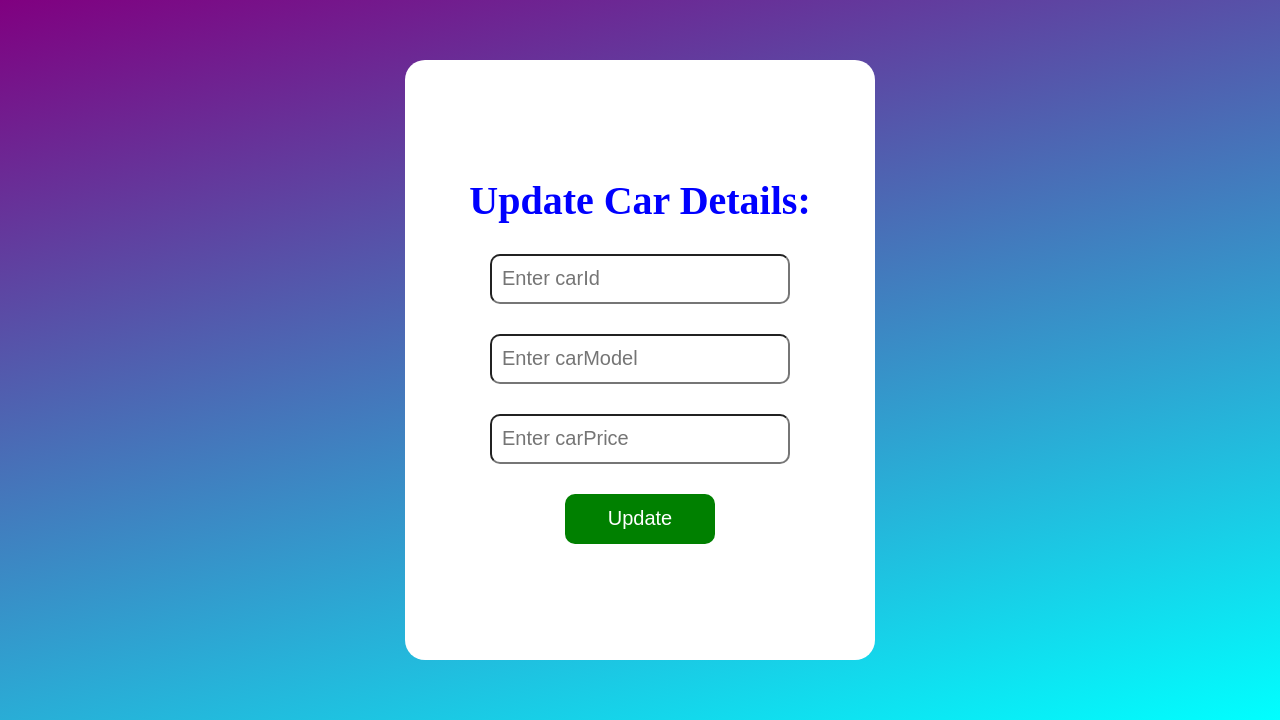
Repository: Dhirajkumar02/Advance-Java--J2EE-
Page: ServletProjecct_CarDB/src/main/webapp/UpdateCar.html
These files come from the project's save history. The page is drawn as it stood at one moment and after the next save; the edit follows.
The browser window is 1280 px wide. The pictures show the whole page.

Above is the page before, as saved 2024-11-14 19:33:54.

After the next save:
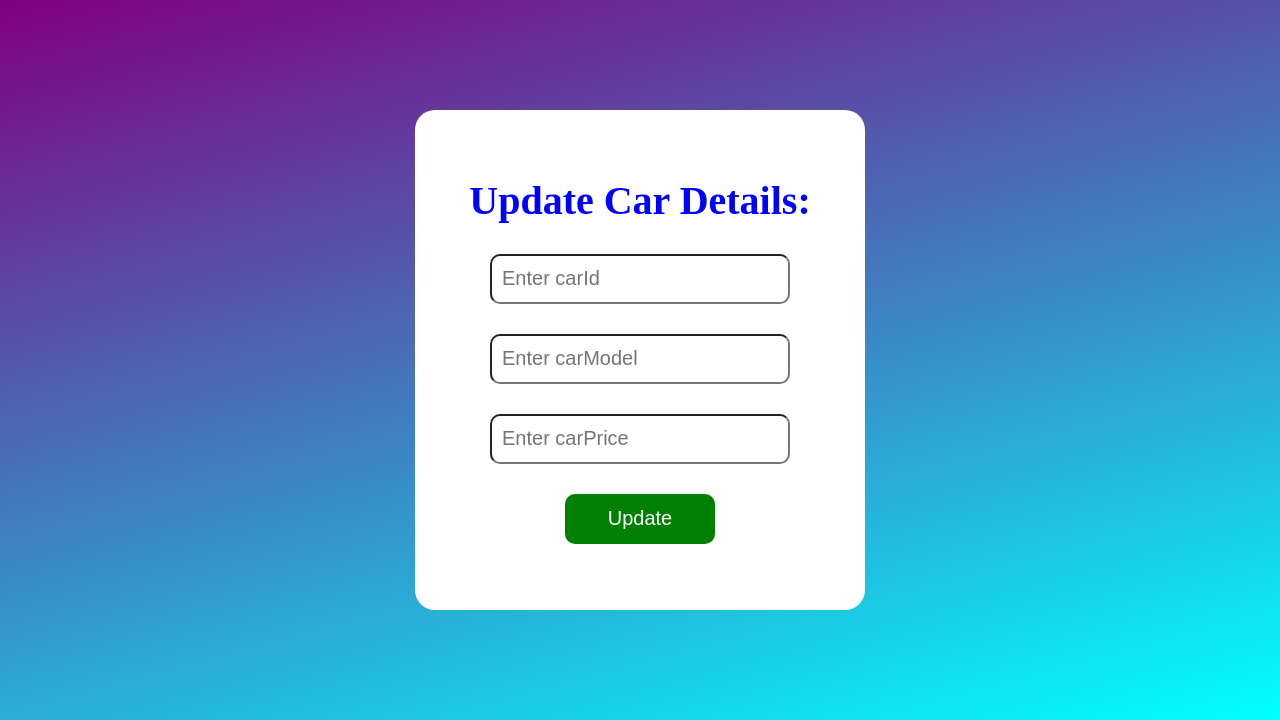
Saved 49 s later.
--- a/ServletProjecct_CarDB/src/main/webapp/UpdateCar.html
+++ b/ServletProjecct_CarDB/src/main/webapp/UpdateCar.html
@@ -20,8 +20,8 @@ background: linear-gradient(165deg, purple, aqua);
 form {
 /*   border: 2px solid black; */
   background: #fff;
-  height: 600px;
-  width: 470px;
+  height: 500px;
+  width: 450px;
   display: flex;
   justify-content: center;
   align-items: center;
